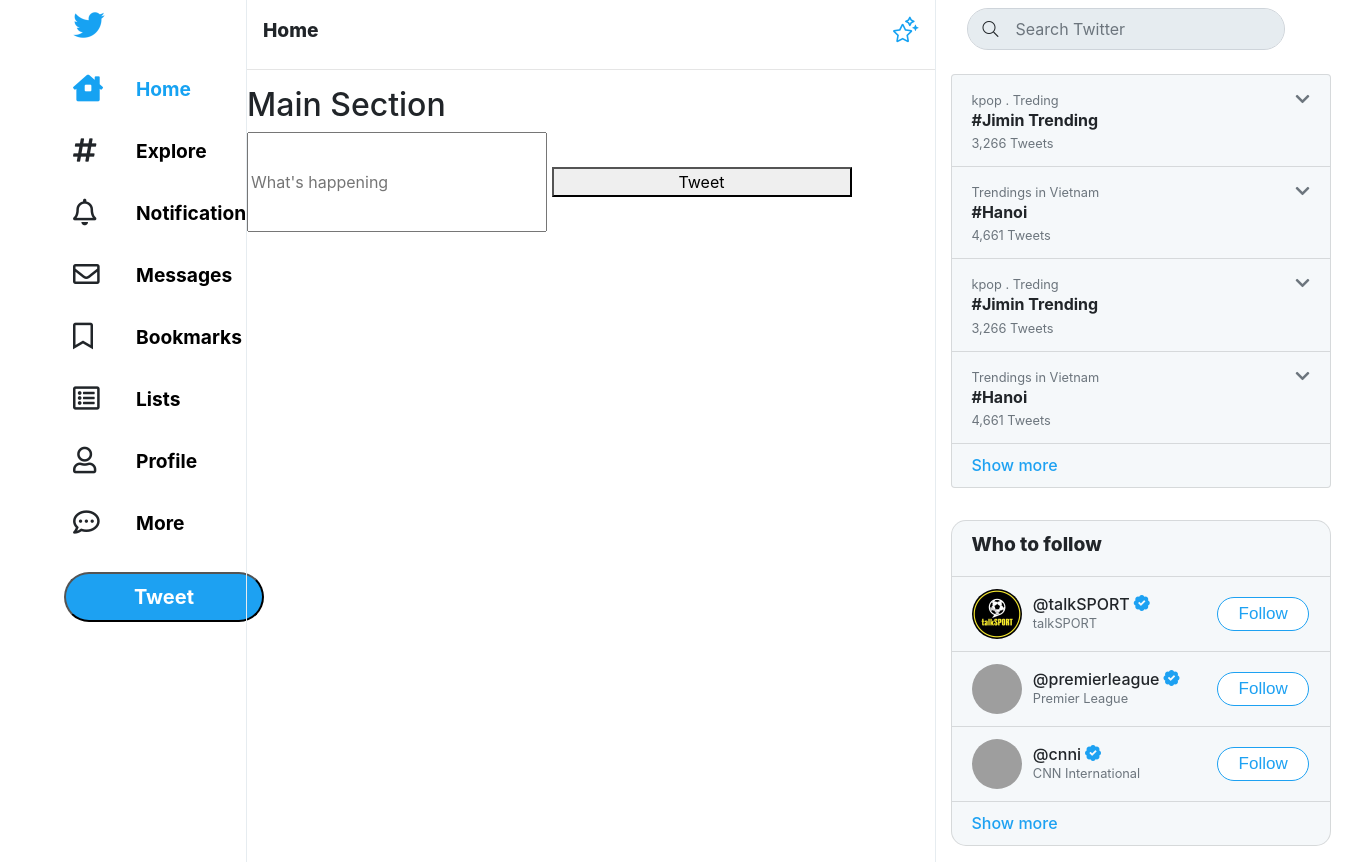
Repository: tts2610/Twitter-clone
Page: index.html
These files come from the project's save history. The page is drawn as it stood at one moment and after the next save; the edit follows.
The browser window is 1280 px wide. The page is 1331 px wide, then 1346 px, so the pictures cover 1346 px, including what lies to the right of the window. The pictures show the whole page.
Pictures or frames that could not be fetched are drawn as grey boxes.

Above is the page before, as saved 2020-05-23 15:20:41.

After the next save:
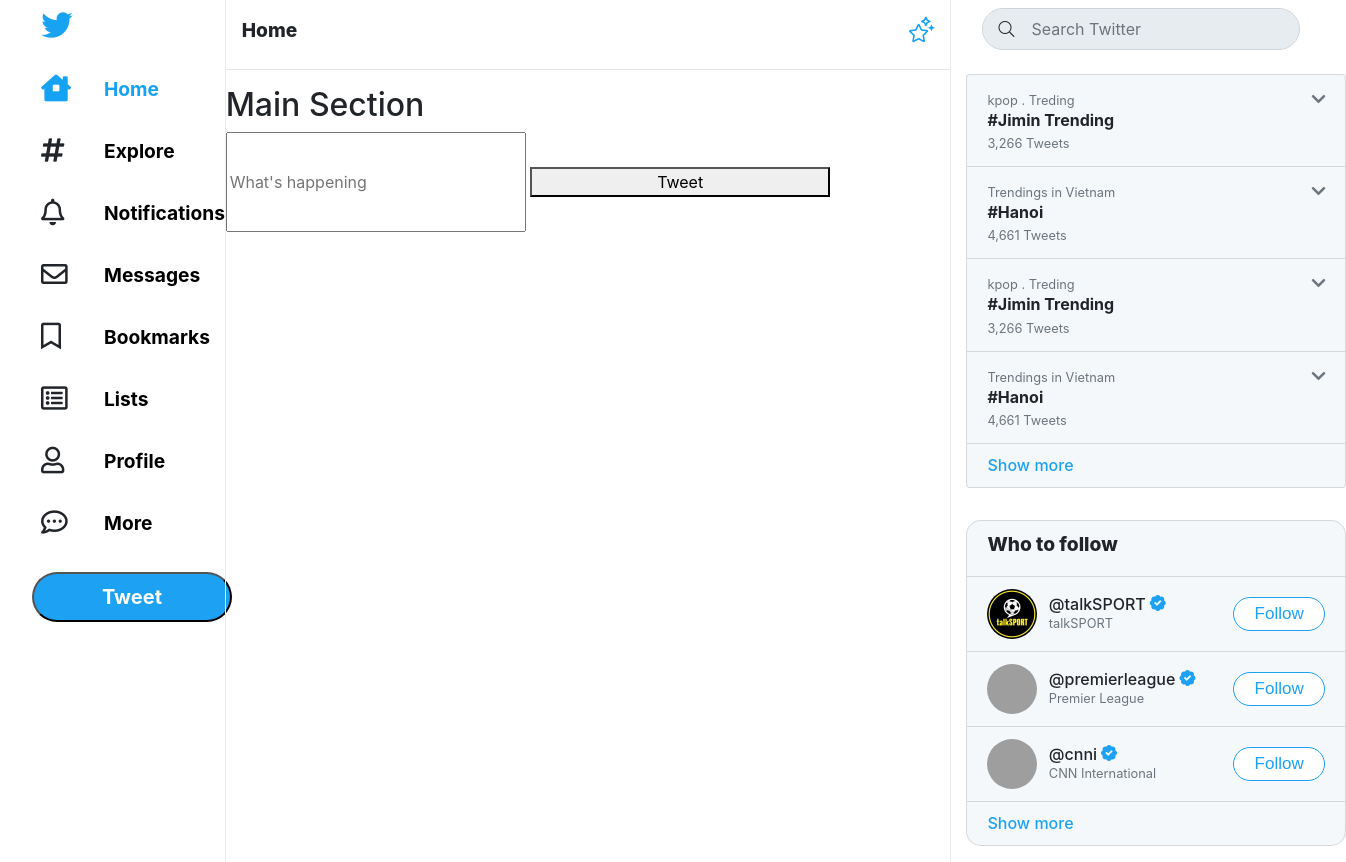
Saved 13 s later.
--- a/css/style.css
+++ b/css/style.css
@@ -7,7 +7,7 @@
 }
 
 body .container {
-    max-width: 90%;
+    max-width: 95%;
     padding-left: 0px;
     padding-right: 0px;
 }
